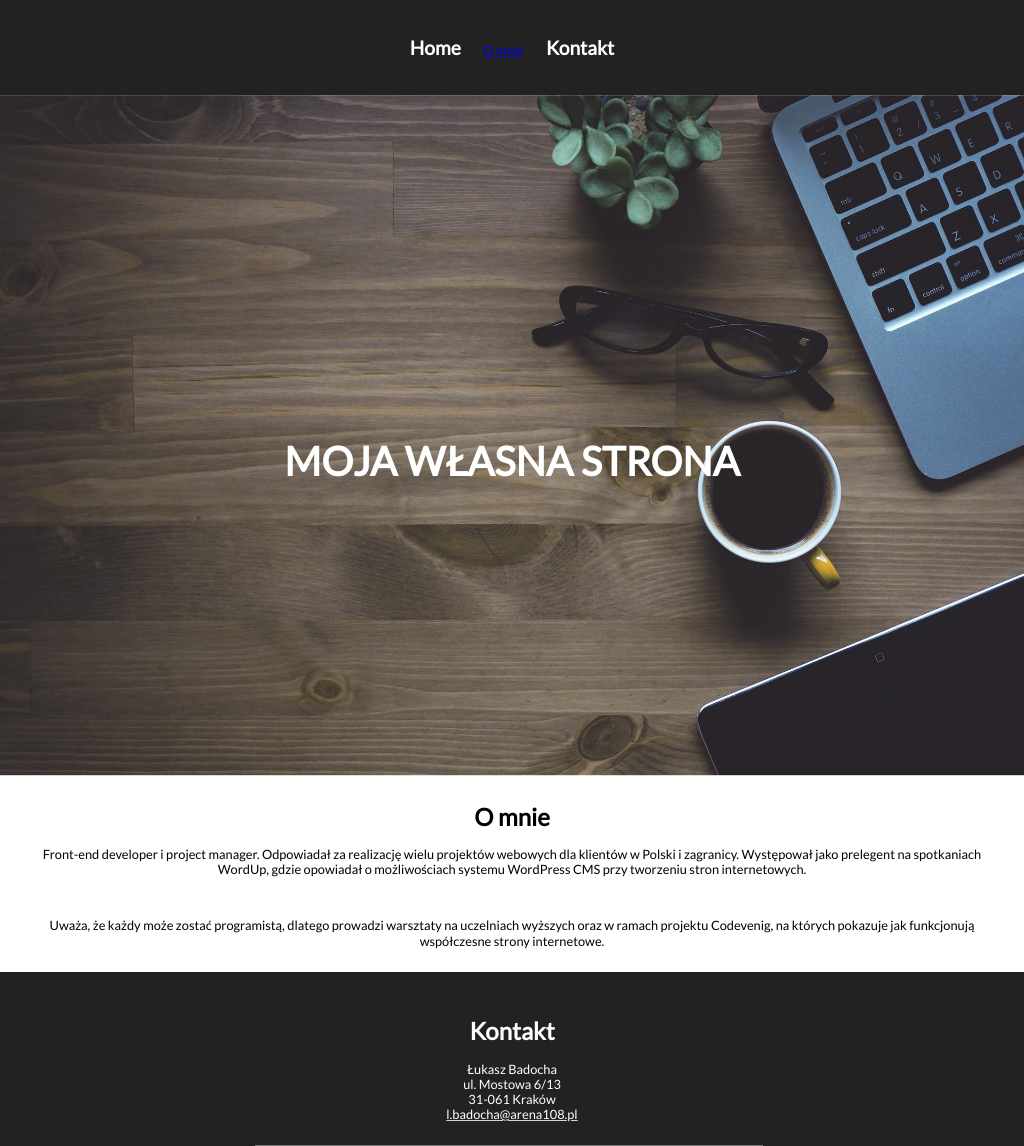
Repository: magdaf41/magdaf41.github.io
Page: zadania-domowe/HTML/zadanie_4/index.html
The author's editor kept a copy of each file at every save. The page is drawn from the files as they stood at one save, then again after the next save.
The browser window is 1280 px wide. The pictures show the whole page, at 80% of full size.

Above is the page before, as saved 2020-08-13 10:50:52.

### zadania-domowe/HTML/zadanie_4/index.html
<!DOCTYPE html>
<html lang="pl">

<head>
  <meta charset="UTF-8">
  <title>Warsztaty - HTML5 w praktyce</title>
  <link href='http://fonts.googleapis.com/css?family=Lato&subset=latin,latin-ext' rel='stylesheet' type='text/css'>
  <link rel="stylesheet" href="css/style.css">
</head>

<body>


  <nav id="menu">
    <h2 class="menu-item"><a href="#">Home</a></h2>
    <h2class="menu-item"><a href="#about">O mnie</a></h2class=>
    <h2 class="menu-item"><a href="#contact">Kontakt</a></h2>
  </nav>


  <section id="header">
    <img src="img/header-background.jpg" alt="Zdjęcie nagłówkowe">
    <h1 id="main-header-text">Moja własna strona</h1>
  </section>

  <section id="about">
    <h2 id="about-header">O mnie</h2>
    <p class="about-content">Front-end developer i project manager. Odpowiadał za realizację wielu projektów webowych dla klientów w Polski i zagranicy. Występował jako prelegent na spotkaniach WordUp, gdzie opowiadał o możliwościach systemu WordPress CMS przy tworzeniu stron internetowych.</p>
    <br />

    <p class="about-content"> Uważa, że każdy może zostać programistą, dlatego prowadzi warsztaty na uczelniach wyższych oraz w ramach projektu Codevenig, na których pokazuje jak funkcjonują współczesne strony internetowe.</p>

  </section>


  <footer id="contact">
    <h2 id="contact-header">Kontakt</h2>
    <div id="contact-content">
      Łukasz Badocha<br />
      ul. Mostowa 6/13<br />
      31-061 Kraków<br />
      <a href="mailto:l.badocha@arena108.pl">l.badocha@arena108.pl</a>
    </div>
  </footer>

</body>

</html>

### zadania-domowe/HTML/zadanie_4/css/style.css
body {
  margin: 0;
  font-family: 'Lato', sans-serif;
}

#menu {
  text-align: center;
  background: #222;

}

#menu .menu-item {
  display: inline-block;
  padding: 25px;
  list-style: none;
}

#menu ul {
  margin: 0;
}

#menu .menu-item a{
  text-decoration: none;
  color: #fff;
}

#menu .menu-item a:hover{
  color: #999;
}

#header {
  position: relative;
  text-align: center;
}

#header img{
  width: 100%;
}

#header #main-header-text {
  position: absolute;
  top: 50%;
  font-size: 50px;
  font-weight: 700;
  margin: 0 auto;
  left: 0;
  right: 0;
  text-transform: uppercase;
  color: #fff;

}

#about {
  margin: 30px 0;
  padding: 0 50px;
}

#about #about-header{
  font-size: 30px;
  text-align: center;
  margin-bottom: 20px;
}

#about .about-content{
  text-align: center;
}

#contact {
  padding: 30px 50px;
  background: #222;
}

#contact #contact-header{
  font-size: 30px;
  text-align: center;
  margin-bottom: 20px;
  color: #fff;
}

#contact #contact-content {
  text-align: center;
  color: #fff;
}

#contact #contact-content a {
  color: #fff;
}

#contact #contact-content a:hover {
  color: #999;
}

After the next save:
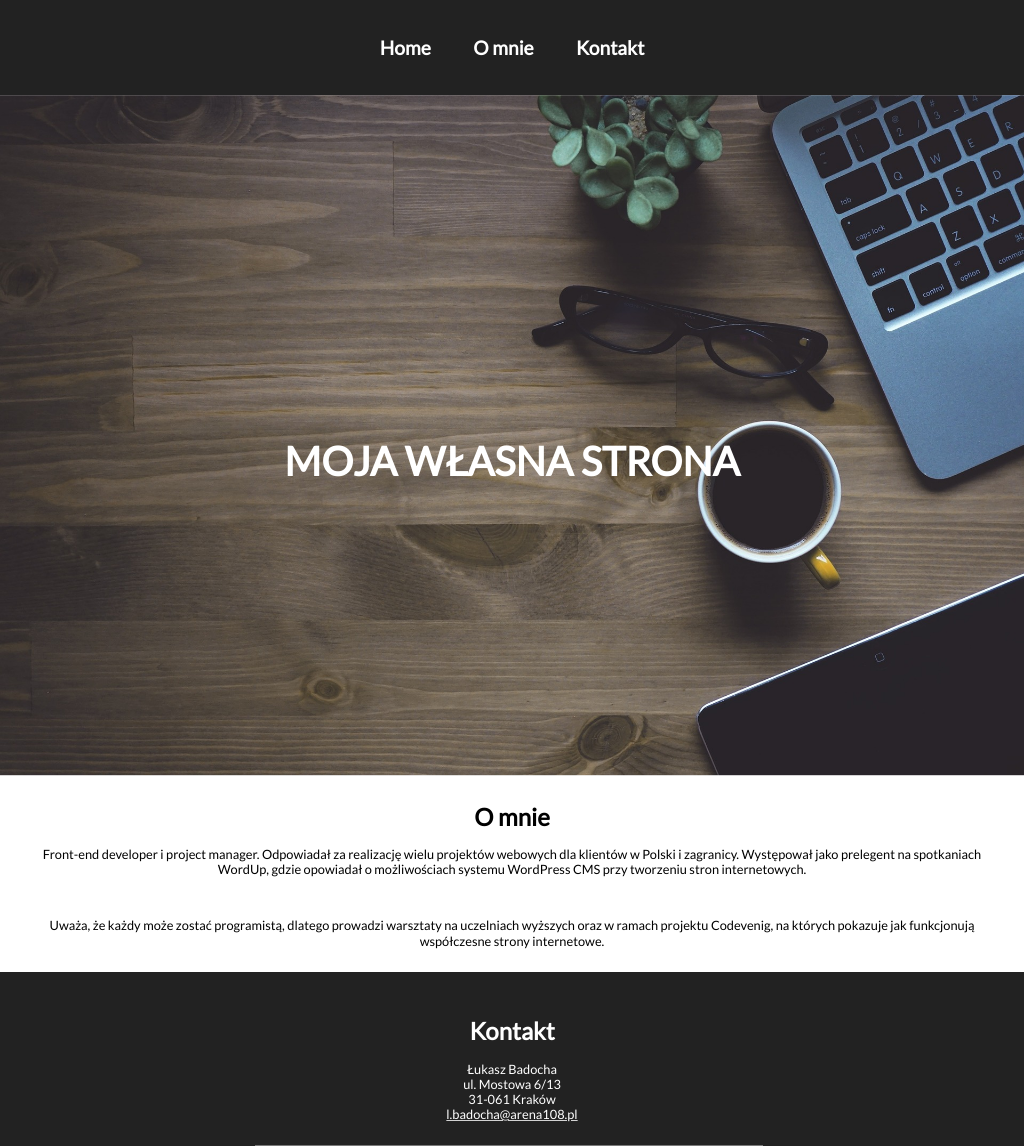
Saved 21 s later.
--- a/zadania-domowe/HTML/zadanie_4/index.html
+++ b/zadania-domowe/HTML/zadanie_4/index.html
@@ -13,7 +13,7 @@
 
   <nav id="menu">
     <h2 class="menu-item"><a href="#">Home</a></h2>
-    <h2class="menu-item"><a href="#about">O mnie</a></h2class=>
+    <h2 class="menu-item"><a href="#about">O mnie</a></h2>
     <h2 class="menu-item"><a href="#contact">Kontakt</a></h2>
   </nav>
 
